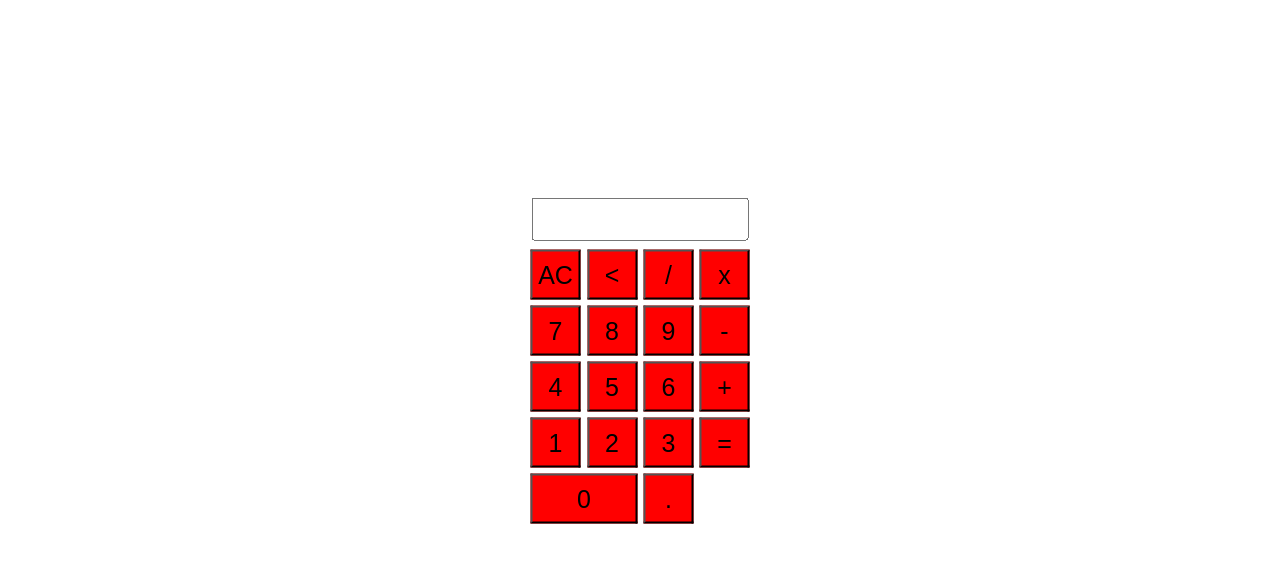
Repository: lacey-crenshaw/calculator
Page: index.html
These files come from the project's save history. The page is drawn as it stood at one moment and after the next save; the edit follows.
The browser window is 1280 px wide. The pictures show the whole page.

Above is the page before, as saved 2020-02-14 10:01:59.

After the next save:
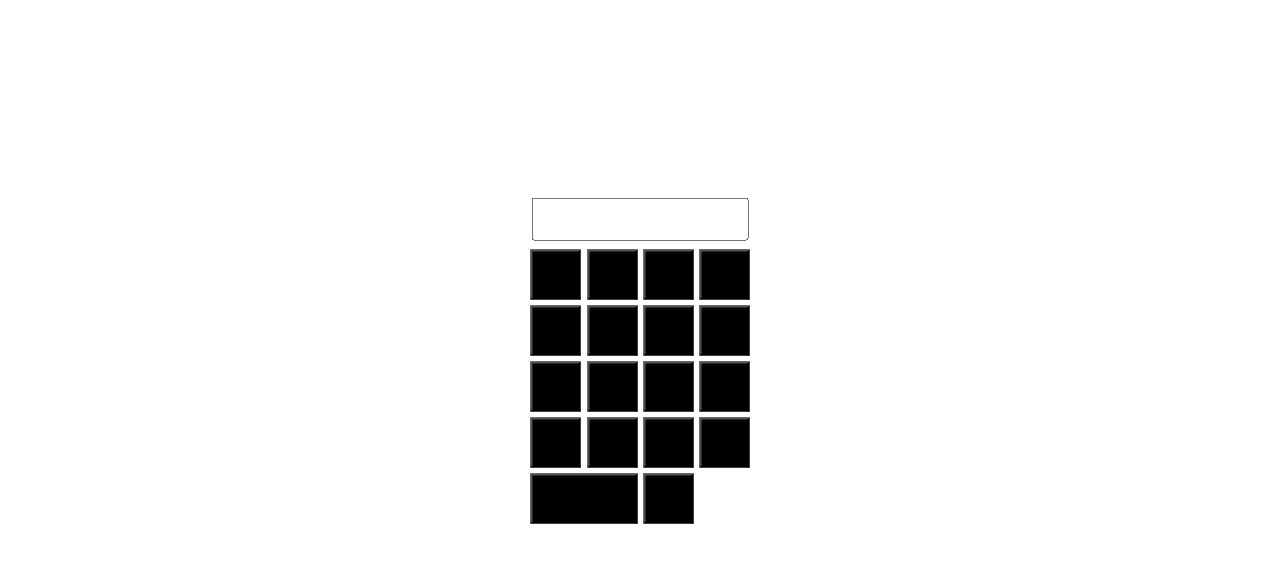
Saved 12 s later.
--- a/style.css
+++ b/style.css
@@ -9,7 +9,7 @@
     font-size: 25;
     margin: 2;
     cursor: pointer;
-    background: red;
+    background: black;
 }
 
 .textview {
